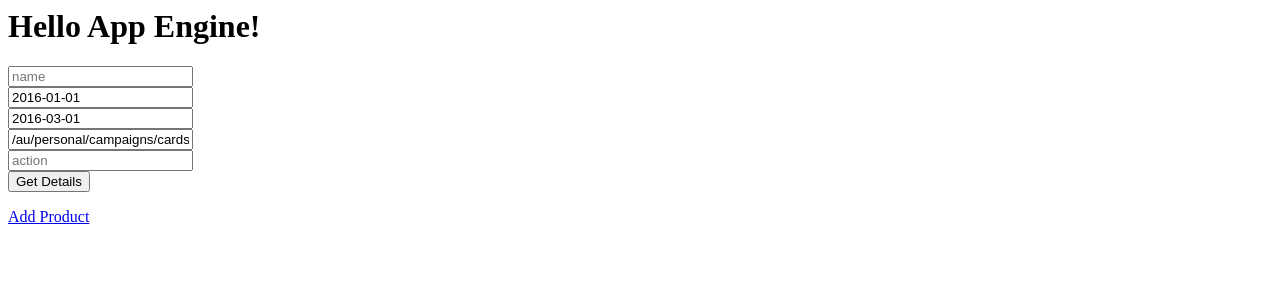
Repository: aneeshsingh/workspace
Page: analytics/war/index.html
The author's editor kept a copy of each file at every save. The page is drawn from the files as they stood at one save, then again after the next save.
The browser window is 1280 px wide. The pictures show the whole page.

Above is the page before, as saved 2016-03-08 02:05:52.

### analytics/war/index.html
<!DOCTYPE HTML PUBLIC "-//W3C//DTD HTML 4.01 Transitional//EN">
<!-- The HTML 4.01 Transitional DOCTYPE declaration-->
<!-- above set at the top of the file will set     -->
<!-- the browser's rendering engine into           -->
<!-- "Quirks Mode". Replacing this declaration     -->
<!-- with a "Standards Mode" doctype is supported, -->
<!-- but may lead to some differences in layout.   -->

<html>
  <head>
    <meta http-equiv="content-type" content="text/html; charset=UTF-8">
    <title>Hello Aneesh App Engine</title>
  </head>

  <body>
    <h1>Hello App Engine!</h1>

		<form action="getAnalyticsServlet" method="post">

			<input type="text" name="name" id="name" placeholder="name"/><br/>
			<input type="text" name="startDate" id="startDate" placeholder="startDate" value="2016-01-01" /><br/>
			<input type="text" name="endDate" id="endDate" placeholder="endDate" " value="2016-03-01"/><br/>
			<input type="text" name="url" id="url" placeholder="url" value="/au/personal/campaigns/cards/special-offer-qantas-black/" /><br/>
			<input type="text" name="action" id="action" placeholder="action" /><br/>

			<input type="submit" value="Get Details" />
	</form>

	<a href="/add-product">Add Product</a>
  </body>
</html>

After the next save:
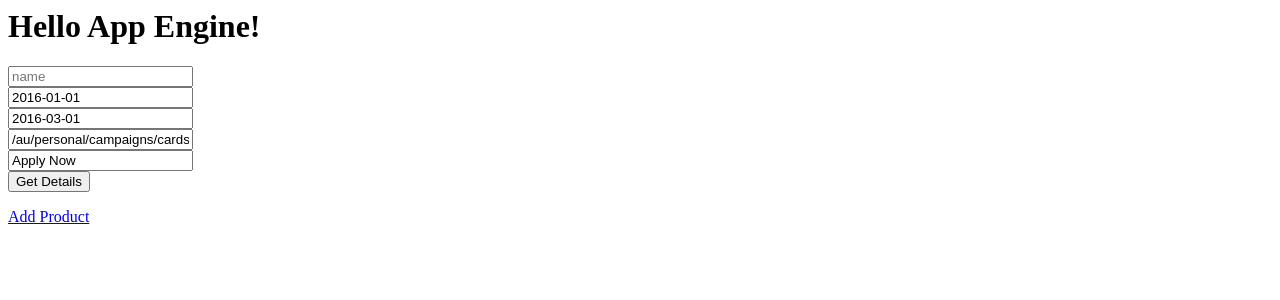
Saved 85 min 7 s later.
--- a/analytics/war/index.html
+++ b/analytics/war/index.html
@@ -21,7 +21,7 @@
 			<input type="text" name="startDate" id="startDate" placeholder="startDate" value="2016-01-01" /><br/>
 			<input type="text" name="endDate" id="endDate" placeholder="endDate" " value="2016-03-01"/><br/>
 			<input type="text" name="url" id="url" placeholder="url" value="/au/personal/campaigns/cards/special-offer-qantas-black/" /><br/>
-			<input type="text" name="action" id="action" placeholder="action" /><br/>
+			<input type="text" name="action" id="action" placeholder="action" value="Apply Now"/><br/>
 
 			<input type="submit" value="Get Details" />
 	</form>
